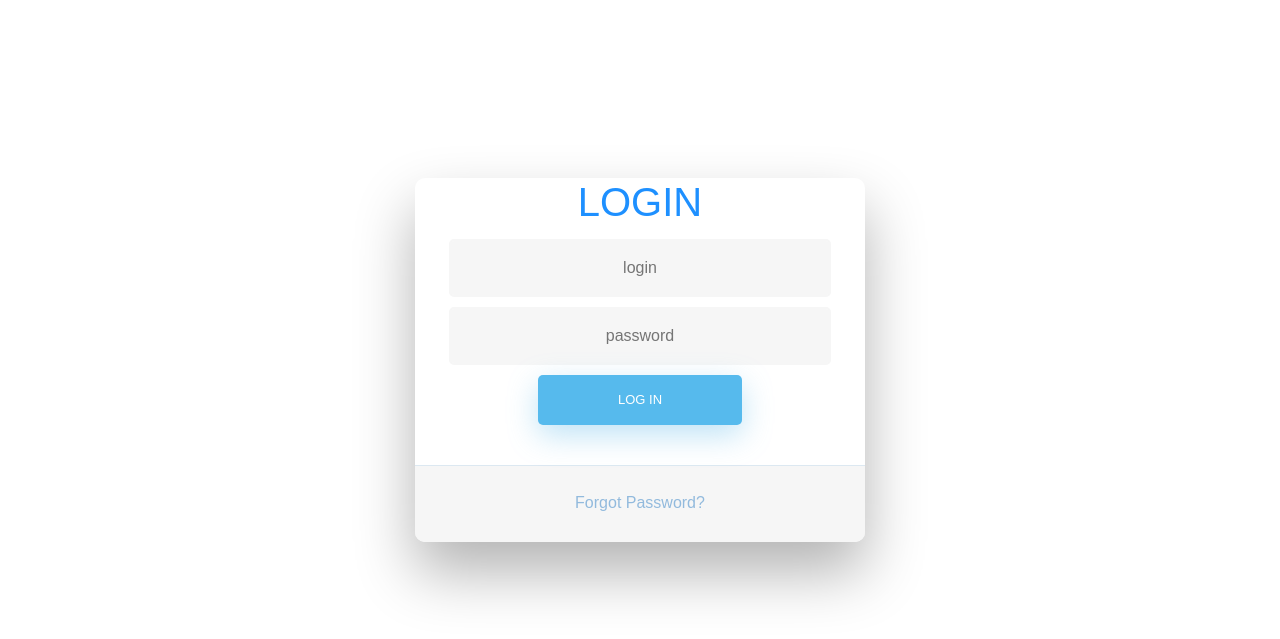
Repository: phamtailinh/webtintuc
Page: http://localhost/doicapdat/Layer.jsp
An editor plug-in stored every save of this project. The page is shown before and after the next save, followed by the edit.
The browser window is 1280 px wide. The pictures show the whole page.
Some web libraries are served in a nearby version. The page is served by Tomcat 9.

Above is the page before, as saved 2022-01-07 08:09:45.
Console error: TypeError: Cannot read properties of undefined (reading 'fn')

After the next save:
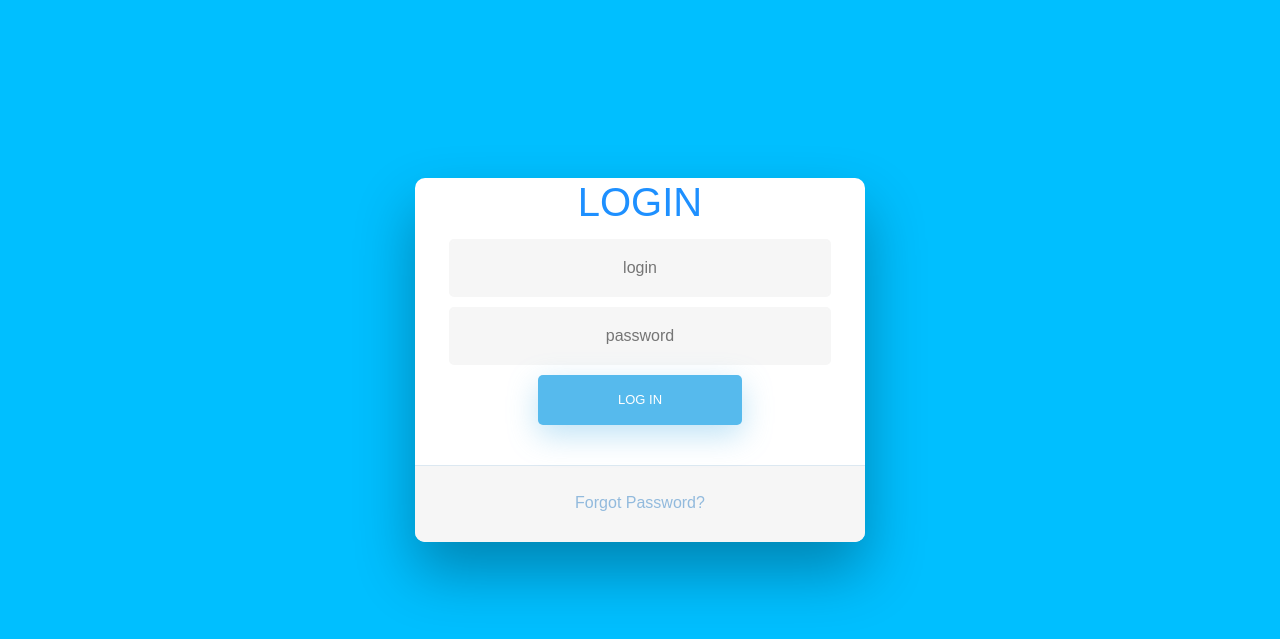
Saved 92 s later.
--- a/doicapdat/src/main/webapp/Layer.jsp
+++ b/doicapdat/src/main/webapp/Layer.jsp
@@ -47,6 +47,7 @@ h2 {
   width: 100%;
   min-height: 100%;
   padding: 20px;
+  background-color: #00BFFF;
 }
 
 #formContent {
